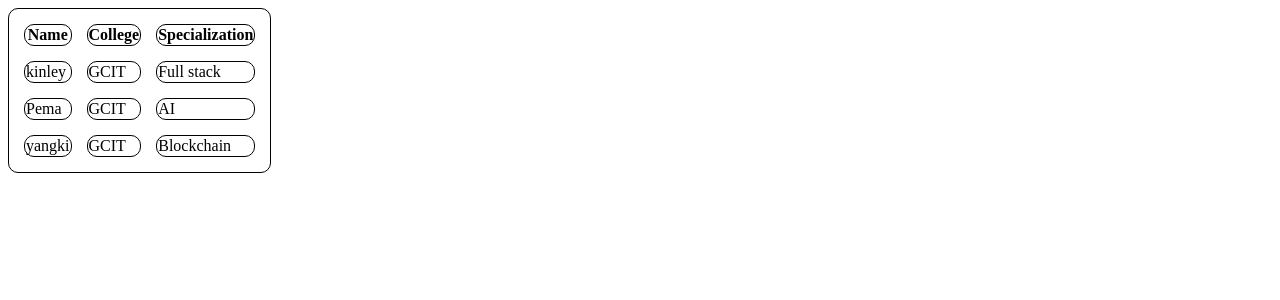
Repository: Pema-yangki/Css
Page: fed.html
The author's editor kept a copy of each file at every save. The page is drawn from the files as they stood at one save, then again after the next save.
The browser window is 1280 px wide. The pictures show the whole page.

Above is the page before, as saved 2024-03-15 14:44:43.

After the next save:
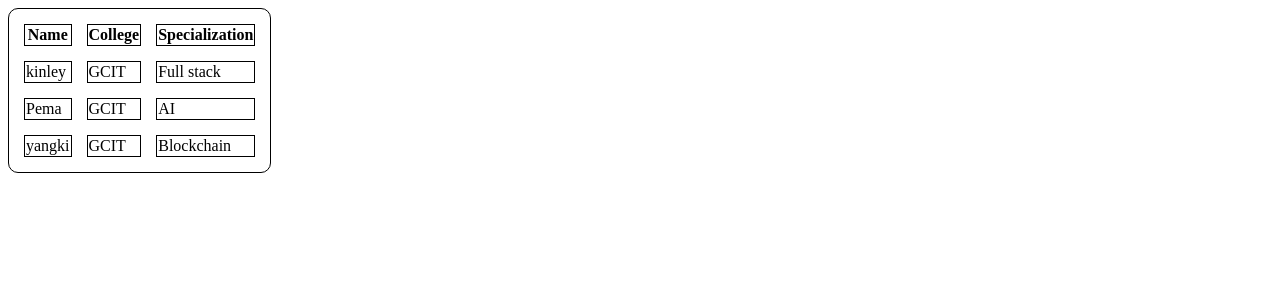
Saved 8 s later.
--- a/fed.html
+++ b/fed.html
@@ -26,7 +26,7 @@
         table, th, td{
             border: 1px solid black;
             /* border-collapse: collapse; */
-            border-radius:10px;
+            border-radius:px;
         }
     </style>
 </head>
